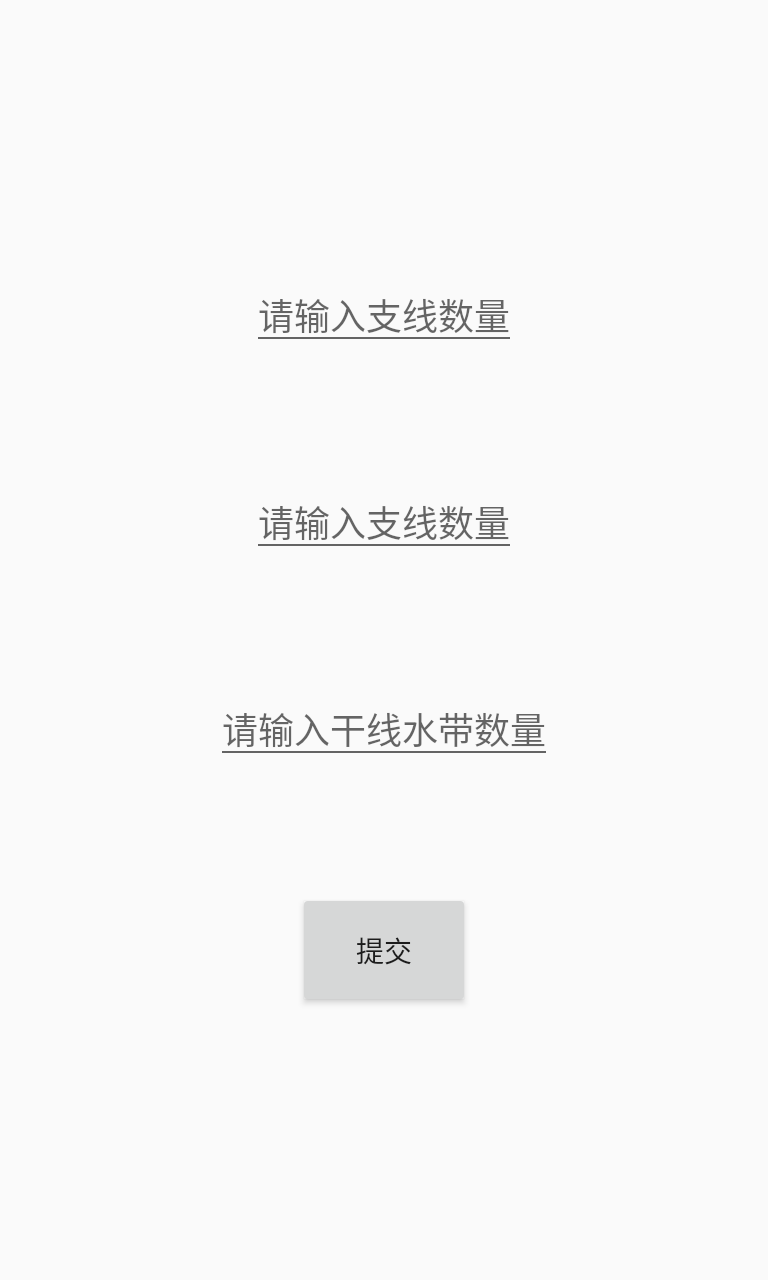
Repository: hohoTT/fireWork_handle_app
Layout: fireWork_handle_app/res/layout/water_power_fire_building.xml
An editor plug-in stored every save of this project. The layout is shown before and after a run of saves, followed by the edit.
It is drawn on a 768 x 1280 px phone screen (xhdpi) without system bars, with theme AppTheme; the app's code is not run.

Above is the layout before, as saved 2016-03-04 08:27:07.

### fireWork_handle_app/res/layout/water_power_fire_building.xml
<?xml version="1.0" encoding="utf-8"?>
<LinearLayout xmlns:android="http://schemas.android.com/apk/res/android"
    android:layout_width="match_parent"
    android:layout_height="match_parent"
    android:gravity="center_vertical"
    android:orientation="vertical" >

    <EditText
        android:id="@+id/water_power_fire_building_count_feeder"
        android:layout_width="wrap_content"
        android:layout_height="wrap_content"
        android:layout_gravity="center_horizontal"
	    android:layout_margin="30dp"
        android:hint="@string/water_power_fire_building_count_feeder" />

    <EditText
        android:id="@+id/water_power_fire_building_count_groundline"
        android:layout_width="wrap_content"
        android:layout_height="wrap_content"
        android:layout_gravity="center_horizontal"
	    android:layout_margin="30dp"
        android:hint="@string/water_power_fire_building_count_feeder" />

    <EditText
        android:id="@+id/water_power_fire_building_count_band"
        android:layout_width="wrap_content"
        android:layout_height="wrap_content"
        android:layout_gravity="center_horizontal"
	    android:layout_margin="30dp"
        android:hint="@string/water_power_fire_building_count_band" />

    <Button
        android:id="@+id/btu_normal_fire_send"
        android:layout_width="wrap_content"
        android:layout_gravity="center"
	    android:layout_margin="30dp"
	    android:padding="20dp"
        android:layout_height="wrap_content"

        android:text="@string/btn_send" />

</LinearLayout>

### fireWork_handle_app/res/values/strings.xml
<?xml version="1.0" encoding="utf-8"?>
<resources>

    <string name="app_name">fireWork_handle_app</string>
    <string name="fire_calculate">现场计算</string>
    <string name="fire_agent">火灾剂用量计算</string>
    <string name="fire_plan">火灾预案</string>
    <string name="normal_fire">一般火灾计算</string>
    <string name="normal_fire_result">一般火灾用水量计算结果</string>
    <string name="oilcan_fire">油罐火灾情况下的计算</string>
    <string name="olican_fire_water">冷却用水量计算</string>
    <string name="olican_fire_foam">泡沫用量计算</string>
    <string name="olican_fire_water_result">该油罐火灾用水量计算结果</string>
    <string name="oilcan_fire_foam_result">该油罐火灾泡沫用量计算结果</string>
    <string name="water_power">供水压力计算</string>
    <string name="water_power_fire">火场供水压力计算</string>
    <string name="water__power_pump">水泵接合器供水技术计算</string>
    <string name="water_power_fire_building">建筑火灾供水压力计算</string>
    <string name="water_power_fire_oilcan">油罐火灾供水压力计算</string>


    <string name="btu_water_power">供水压力计算</string>
    <string name="btu_oilcan_fire">油罐火灾计算</string>
    <string name="fire_area">请输入过火面积</string>
    <string name="olican_diameter">请输入油罐直径</string>
    <string name="text_olican_type">请选择您需要计算的油罐类型:</string>
    <string name="olican_type_fixed">固定顶油罐</string>
    <string name="olican_type_drift">浮顶油罐</string>
    <string name="olican_fire_foam_area">请输入油罐的燃烧面积</string>
    <string name="olican_fire_foam_flow">请输入流量</string>
    <string name="water_power_fire_building_count_feeder">请输入支线数量</string>
    <string name="water_power_fire_building_count_groundline">请输入干线数量</string>
    <string name="water_power_fire_building_count_band">请输入干线水带数量</string>



    <string name="text_water">一般火灾中每秒的用水量为：</string>
    <string name="text_fire_time">10吨消防车可持续灭火的时间为：</string>
    <string name="text_oilcan_fire_water">该油罐火灾中每秒的用水量为：</string>
    <string name="text_oilcan_fire_foam_water">该油罐火灾中水的用量为：</string>
    <string name="text_oilcan_fire_form_stoste">该油罐火灾中泡沫原液的用量为：</string>


    <string name="btn_send">提交</string>

    <string name="hello_world">Hello world!</string>
    <string name="action_settings">Settings</string>





</resources>

Loaded but not shown: fireWork_handle_app/res/values/styles.xml (common file); fireWork_handle_app/res/values-v11/styles.xml (common file); fireWork_handle_app/res/values-v14/styles.xml (common file)

After the next 3 saves:
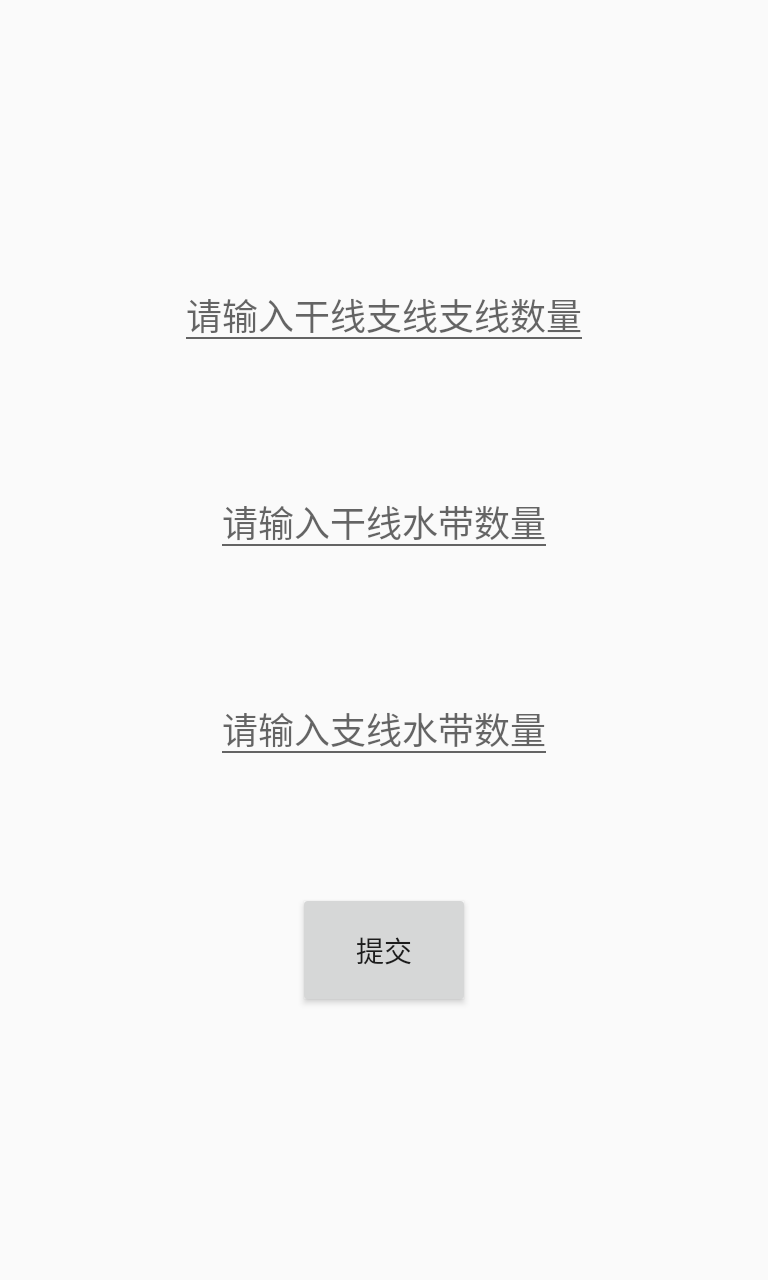
The 3 saves are shown as one change because 2 did not build or start.
The last was saved 2 min 38 s later.
--- a/fireWork_handle_app/res/layout/water_power_fire_building.xml
+++ b/fireWork_handle_app/res/layout/water_power_fire_building.xml
@@ -14,20 +14,20 @@
         android:hint="@string/water_power_fire_building_count_feeder" />
 
     <EditText
-        android:id="@+id/water_power_fire_building_count_groundline"
+        android:id="@+id/water_power_fire_building_count_groundline_band"
         android:layout_width="wrap_content"
         android:layout_height="wrap_content"
         android:layout_gravity="center_horizontal"
 	    android:layout_margin="30dp"
-        android:hint="@string/water_power_fire_building_count_feeder" />
+        android:hint="@string/water_power_fire_building_count_groundline_band" />
 
     <EditText
-        android:id="@+id/water_power_fire_building_count_band"
+        android:id="@+id/water_power_fire_building_count_feeder_band"
         android:layout_width="wrap_content"
         android:layout_height="wrap_content"
         android:layout_gravity="center_horizontal"
 	    android:layout_margin="30dp"
-        android:hint="@string/water_power_fire_building_count_band" />
+        android:hint="@string/water_power_fire_building_count_feeder_band" />
 
     <Button
         android:id="@+id/btu_normal_fire_send"
--- a/fireWork_handle_app/res/values/strings.xml
+++ b/fireWork_handle_app/res/values/strings.xml
@@ -28,9 +28,9 @@
     <string name="olican_type_drift">浮顶油罐</string>
     <string name="olican_fire_foam_area">请输入油罐的燃烧面积</string>
     <string name="olican_fire_foam_flow">请输入流量</string>
-    <string name="water_power_fire_building_count_feeder">请输入支线数量</string>
-    <string name="water_power_fire_building_count_groundline">请输入干线数量</string>
-    <string name="water_power_fire_building_count_band">请输入干线水带数量</string>
+    <string name="water_power_fire_building_count_feeder">请输入干线支线支线数量</string>
+    <string name="water_power_fire_building_count_groundline_band">请输入干线水带数量</string>
+    <string name="water_power_fire_building_count_feeder_band">请输入支线水带数量</string>
 
 
 
